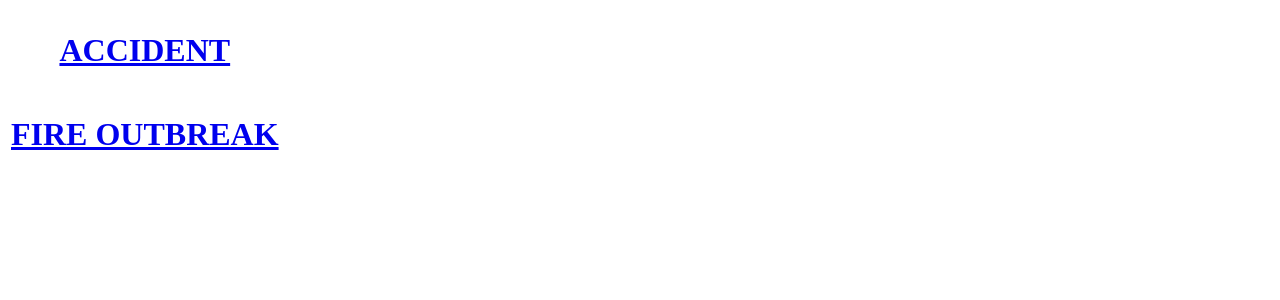
Repository: jeetlovely/ems
Page: http://localhost/EmergencyManagement/succ1.jsp
An editor plug-in stored every save of this project. The page is shown before and after the next save, followed by the edit.
The browser window is 1280 px wide. The pictures show the whole page.
The page is served by Tomcat 9.

Above is the page before, as saved 2018-04-25 07:47:20.

After the next save:
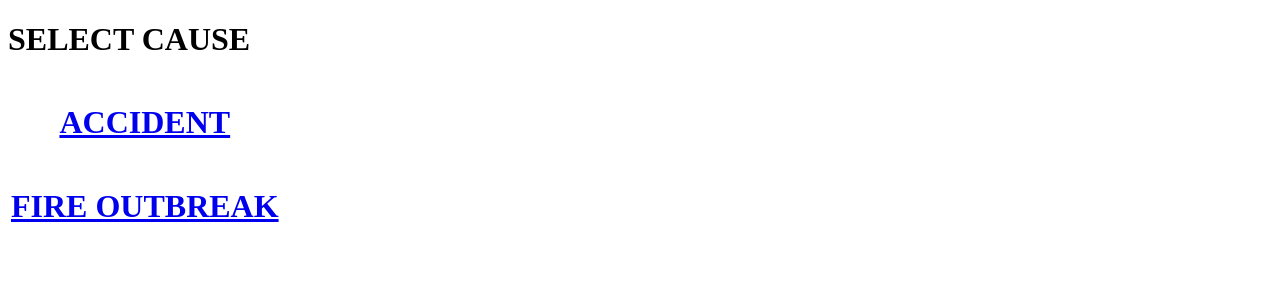
Saved 6 min 3 s later.
--- a/EmergencyManagement/WebContent/succ1.jsp
+++ b/EmergencyManagement/WebContent/succ1.jsp
@@ -7,6 +7,7 @@
 <title>Insert title here</title>
 </head>
 <body>
+<h1>SELECT CAUSE</h1>
 <table>
 <tr><th colspan="2"><a href=accident.html><h1>ACCIDENT</h1> </a></th></tr>
 <tr><th colspan="2"><a href=fire.html><h1>FIRE OUTBREAK</h1> </a></th></tr>
